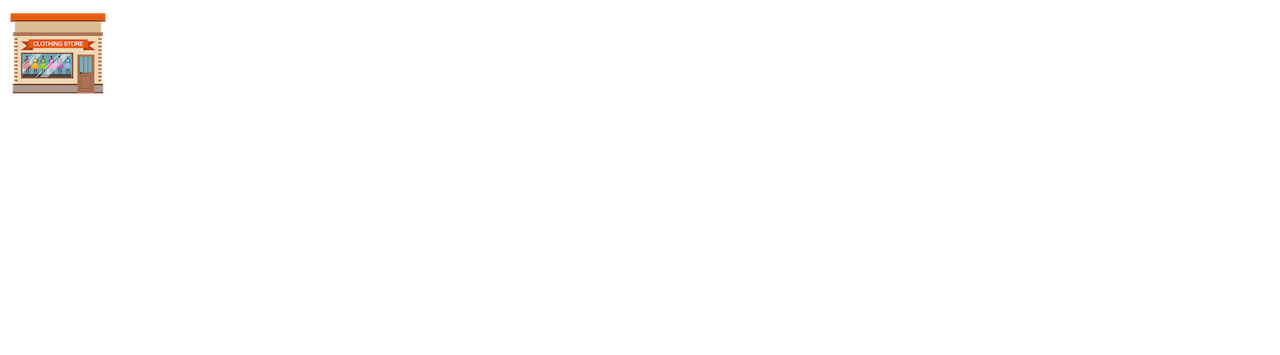
Repository: keehoonjung/Shoppingmall-Game
Page: index.html
An editor plug-in stored every save of this project. The page is shown before and after the next save, followed by the edit.
The browser window is 1280 px wide. The pictures show the whole page.

Above is the page before, as saved 2021-08-12 13:12:27.

### index.html
<!DOCTYPE html>
<html lang="en">
<head>
    <meta charset="UTF-8">
    <meta http-equiv="X-UA-Compatible" content="IE=edge">
    <meta name="viewport" content="width=device-width, initial-scale=1.0">
    <title>Shoppingamll Game</title>
    <link rel="stylesheet" href="style.css">
    <script src="main.js" defer></script>
</head>
<body>
    <header>
        <img src="./imgs/logo.png" alt="header" class="header__logo">
    </header>
</body>
</html>

Loaded but not shown: main.js (no copy from this time; the picture is the same without it); style.css (no copy from this time; the picture is the same without it)

After the next save:
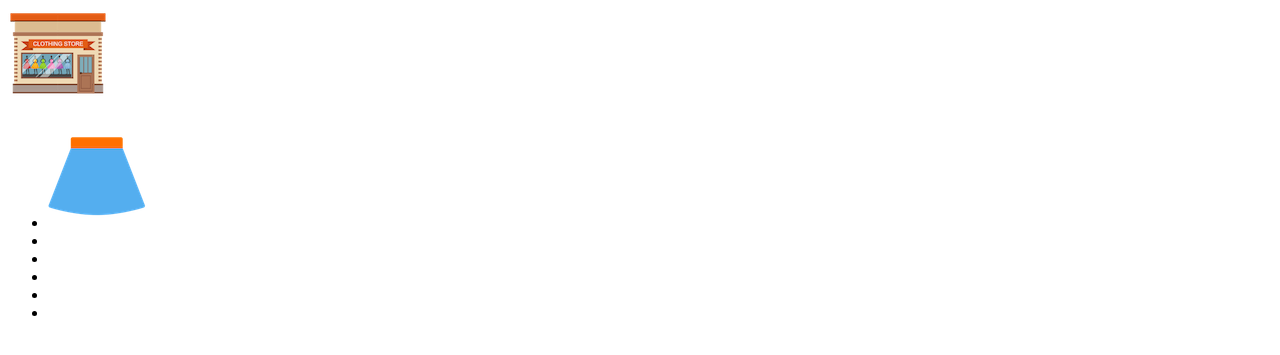
Saved 110 s later.
--- a/index.html
+++ b/index.html
@@ -12,5 +12,15 @@
     <header>
         <img src="./imgs/logo.png" alt="header" class="header__logo">
     </header>
+    <ul class="filter">
+        <li>
+            <img src="./imgs/blue_s.png" alt="shirt" class="shirt">
+        </li>
+        <li></li>
+        <li></li>
+        <li></li>
+        <li></li>
+        <li></li>
+    </ul>
 </body>
 </html>
